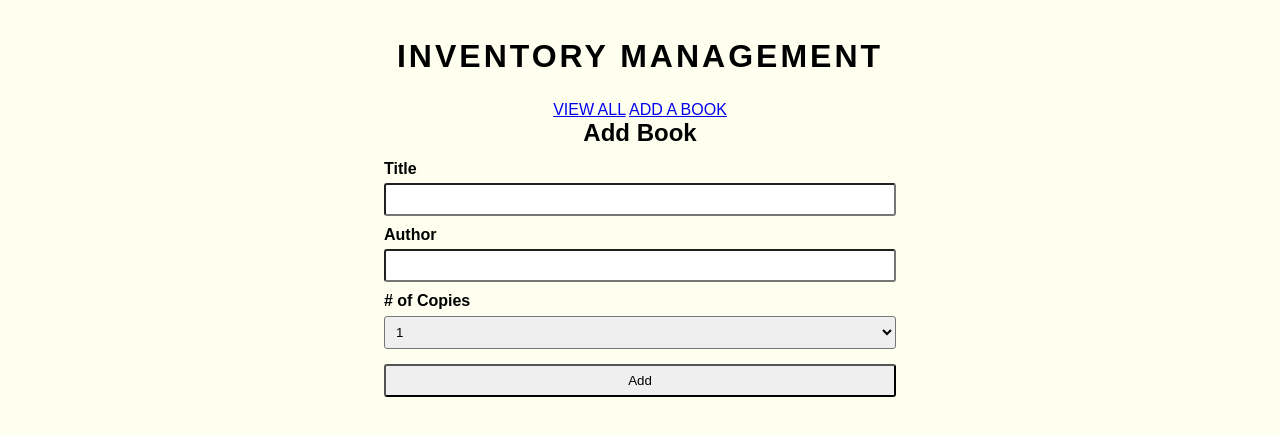
Repository: MuffinCrow/ucvts-library
Page: http://localhost/ucvts-library/bookform.jsp
These files come from the project's save history. The page is drawn as it stood at one moment and after the next save; the edit follows.
The browser window is 1280 px wide. The pictures show the whole page.
The page is served by Tomcat 9. The template is opened directly, without the code that normally fills it, so the values that code supplies are empty.

Above is the page before, as saved 2021-01-12 05:02:35.

After the next save:
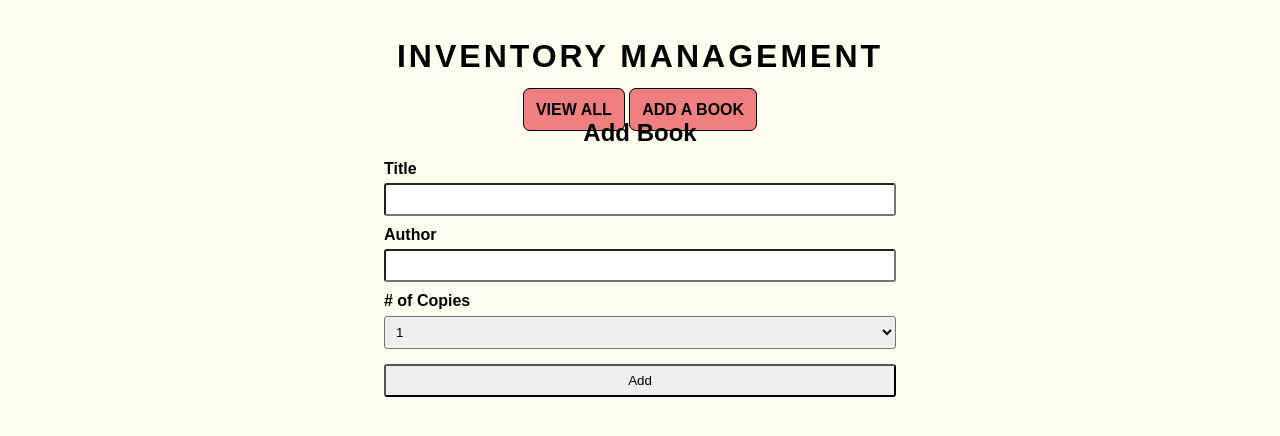
Saved 7 min 37 s later.
--- a/Code/ucvts-library/WebContent/bookform.jsp
+++ b/Code/ucvts-library/WebContent/bookform.jsp
@@ -16,8 +16,8 @@
 			<h1>Inventory Management</h1>
 
 			<div>
-				<a href="${pageContext.request.contextPath}/">VIEW ALL</a>
-				<a href="${pageContext.request.contextPath}/add">ADD A BOOK</a>
+				<a href="${pageContext.request.contextPath}/" class="header-button">VIEW ALL</a>
+				<A href="${pageContext.request.contextPath}/add" class="header-button">ADD A BOOK</A>
 			</div>
 		</div>
 		<div>
